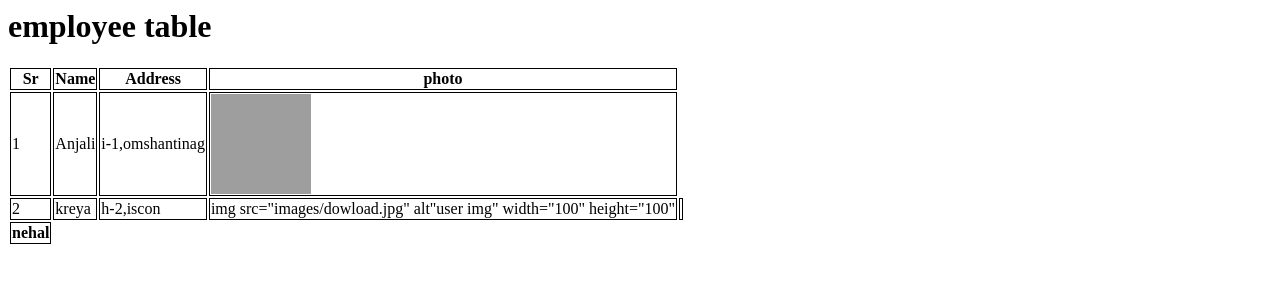
Repository: pratixa-chauhan/practice
Page: style/table2.html
An editor plug-in stored every save of this project. The page is shown before and after the next save, followed by the edit.
The browser window is 1280 px wide. The pictures show the whole page.
Pictures or frames that could not be fetched are drawn as grey boxes.

Above is the page before, as saved 2021-12-16 16:58:35.

After the next save:
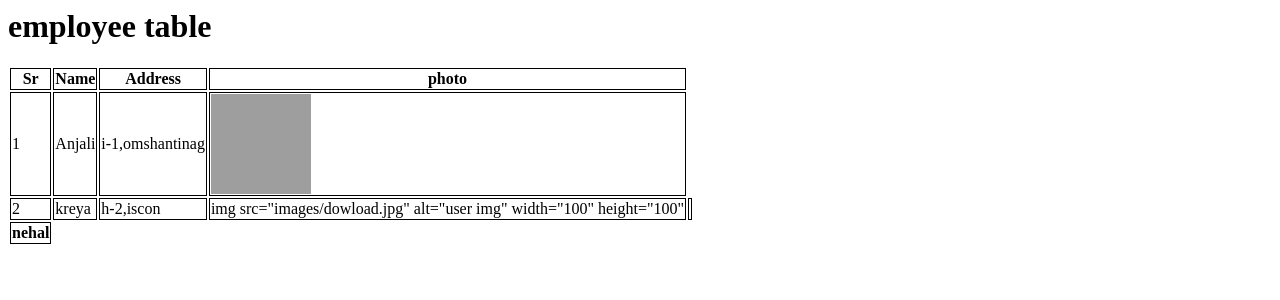
Saved 110 s later.
--- a/style/table2.html
+++ b/style/table2.html
@@ -26,7 +26,7 @@
             <td>2</td>
             <td>kreya</td>
             <td>h-2,iscon</td>
-            <td>img src="images/dowload.jpg" alt"user img" width="100" height="100"</td>
+            <td>img src="images/dowload.jpg"  alt="user img" width="100" height="100"</td>
             <td></td>
         </tr>
 
